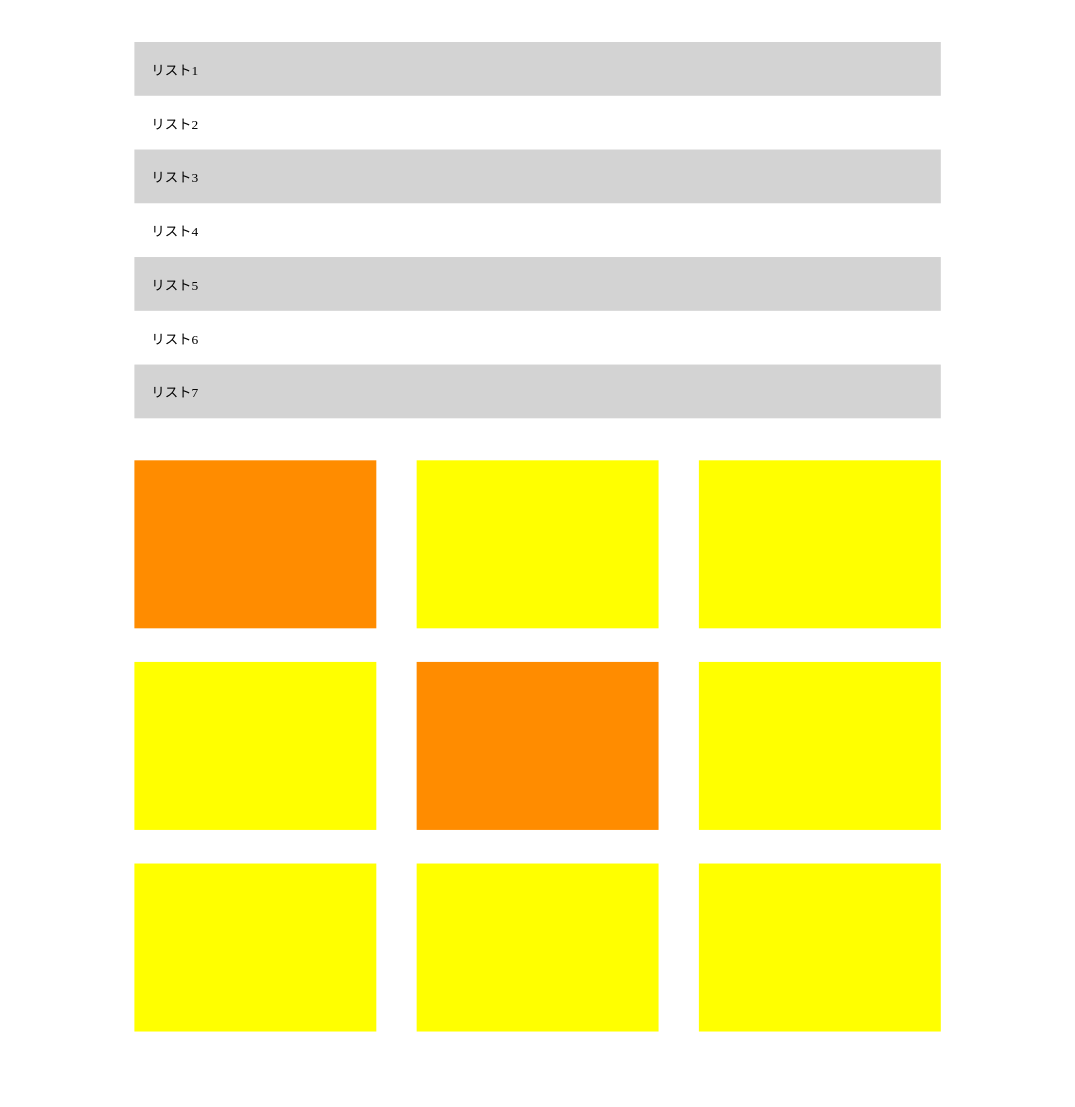
Repository: yuu2310/dmm-webcamp
Page: chapter8_exercise/index.html
The author's editor kept a record of every edit. The page is drawn from the files as they stood at one moment, then again after the next edit.
The browser window is 1280 px wide. The pictures show the whole page, at 84% of full size.

Above is the page before.

### chapter8_exercise/index.html
<!DOCTYPE HTML>
<html lang="ja">
  <head>
    <meta charset="UTF-8" />
    <title>chapter8演習</title>
    <link rel="stylesheet" href="style.css"/>
  </head>

  <body>
    <main>
      <ul class="list">
        <li class="list-item">リスト1</li>
        <li class="list-item">リスト2</li>
        <li class="list-item">リスト3</li>
        <li class="list-item">リスト4</li>
        <li class="list-item">リスト5</li>
        <li class="list-item">リスト6</li>
        <li class="list-item">リスト7</li>
      </ul>
      <div class="box-list">
        <div class="box-list-item"></div>
        <div class="box-list-item"></div>
        <div class="box-list-item"></div>
        <div class="box-list-item"></div>
        <div class="box-list-item"></div>
        <div class="box-list-item"></div>
        <div class="box-list-item"></div>
        <div class="box-list-item"></div>
        <div class="box-list-item"></div>
      </div>
    </main>
  </body>
</html>

### chapter8_exercise/style.css
* {
  margin: 0;
  padding: 0;
  box-sizing: border-box;
}

main {
  width: 960px;
  margin: 50px auto;
}

.list {
  list-style: none;
  margin: 50px 0;
}

.list-item {
  padding: 20px 0 20px 20px;
}

.list-item:nth-child(odd) {
  background-color: #D3D3D3;
}

.box-list {
  display: flex;
  flex-wrap: wrap;
}

.box-list-item {
  width: 30%;
  height: 200px;
  margin-right: 5%;
  margin-bottom: 40px;
  background-color: #FFFF00;
}

.box-list-item:first-child {
  background-color: #FF8C00;
}

.box-list-item:nth-child(3n) {
  margin-right: 0;
}

.box-list-item:nth-child(5) {
  background-color: #FF8C00;
}

After the next edit:
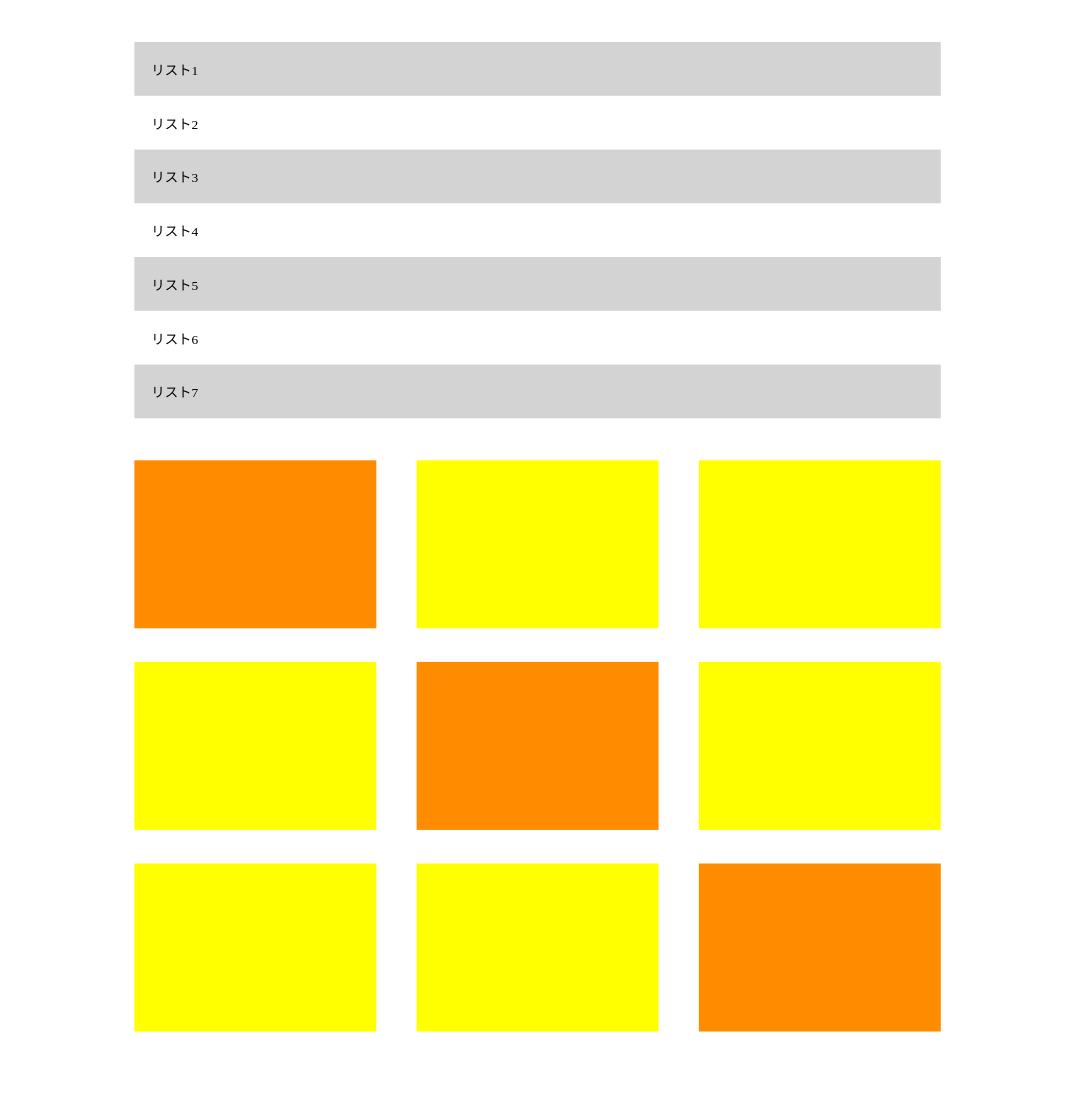
The edit:
--- a/chapter8_exercise/style.css
+++ b/chapter8_exercise/style.css
@@ -35,7 +35,9 @@
   background-color: #FFFF00;
 }
 
-.box-list-item:first-child {
+.box-list-item:first-child,
+.box-list-item:nth-child(5),
+.box-list-item:last-child {
   background-color: #FF8C00;
 }
 
